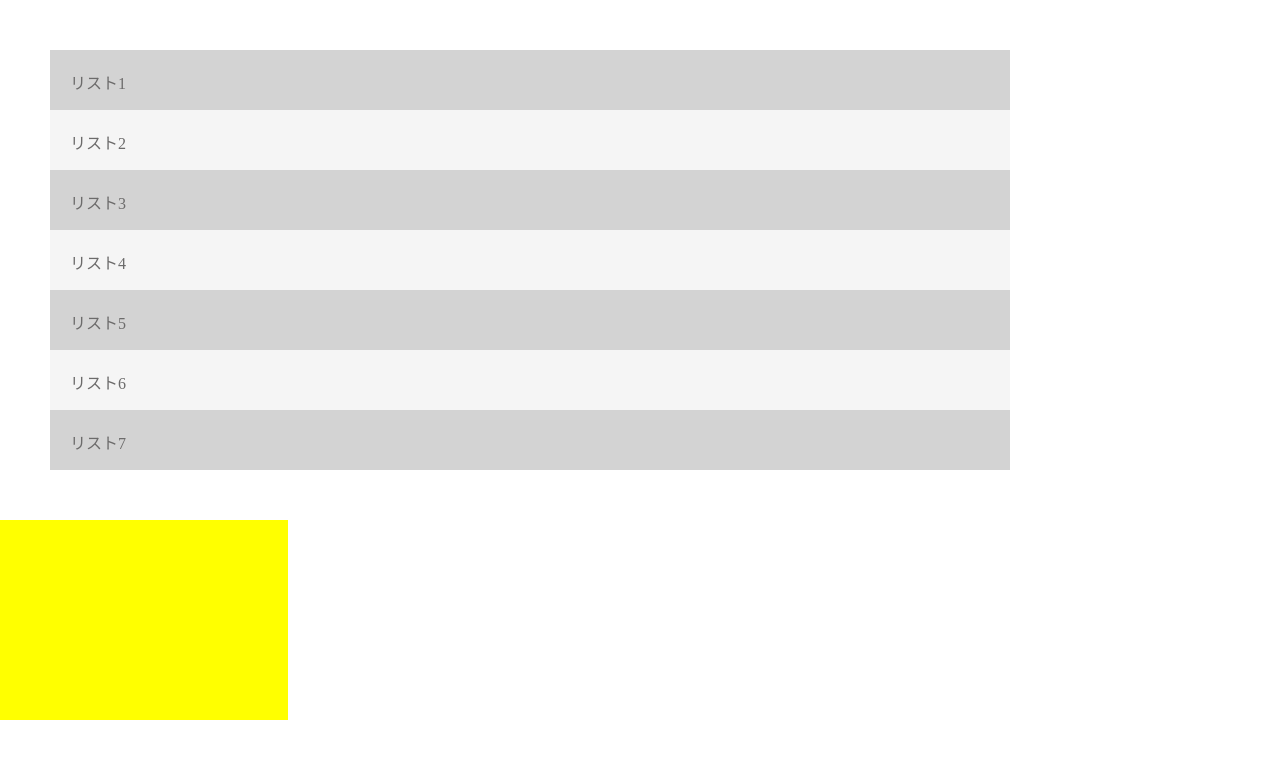
Repository: t-sato-infratop/environment
Page: chapter8_exercise/chapter8_exercise.html
The author's editor kept a record of every edit. The page is drawn from the files as they stood at one moment, then again after the next edit.
The browser window is 1280 px wide. The pictures show the whole page.

Above is the page before.

After the next edit:
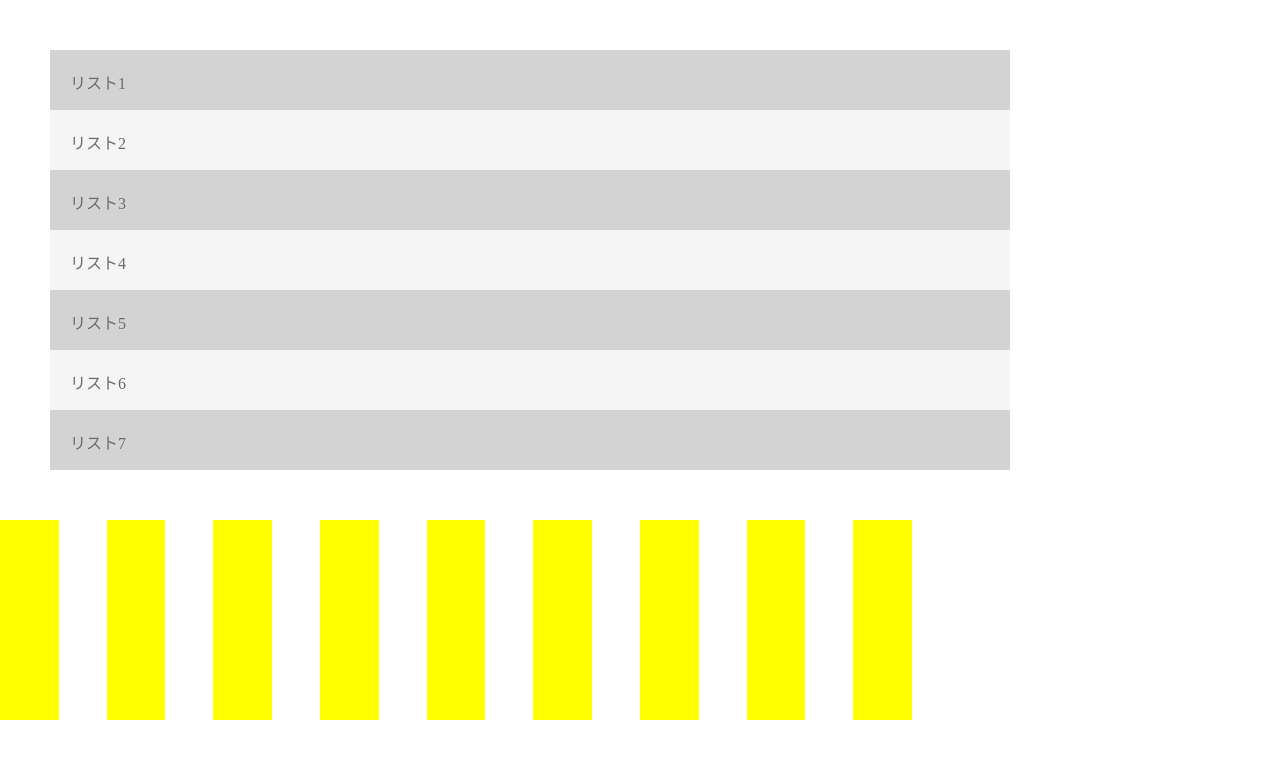
The edit:
--- a/chapter8_exercise/chapter8_exercise.html
+++ b/chapter8_exercise/chapter8_exercise.html
@@ -31,13 +31,15 @@
       </div>
     </section>
     <section class="main-box">
-      <div class="main-box-category">
-      <div class="main-box-category">
-      <div class="main-box-category">
-      <div class="main-box-category">
-      <div class="main-box-category">
-      <div class="main-box-category">
-
+      <div class="main-box-category"></div>
+      <div class="main-box-category"></div>
+      <div class="main-box-category"></div>
+      <div class="main-box-category"></div>
+      <div class="main-box-category"></div>
+      <div class="main-box-category"></div>
+      <div class="main-box-category"></div>
+      <div class="main-box-category"></div>
+      <div class="main-box-category"></div>
       </div>
     </section>
   </body>
